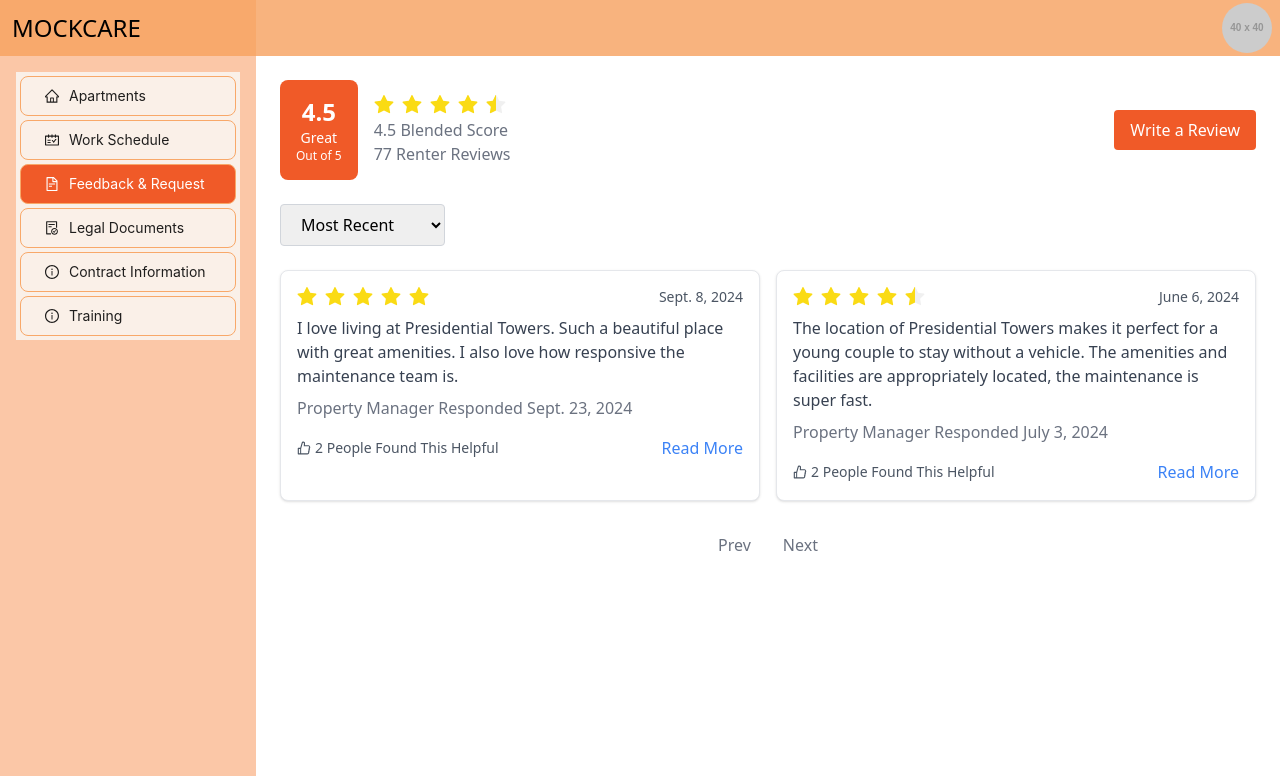
Repository: dunh-real/MockProject_102024_Nhom4
Page: / (app in frontend/)
The author's editor kept a copy of each file at every save. The page is drawn from the files as they stood at one save, then again after the next save.
The browser window is 1280 px wide. The pictures show the whole page.
The project was rebuilt for these pictures with package versions that can differ from the ones it lists, and the page was loaded fresh each time. Also part of the build but not shown: frontend/vite.config.js, frontend/vite.config.ts, frontend/src/App.css, frontend/src/component/ReviewModal.tsx.

Above is the page before, as saved 2024-10-09 12:39:13.

### frontend/src/App.tsx

import './App.css'
import ReviewList from './pages/Feedback&Request/Feedback&Request'
// import LoginForm from './pages/Login/Login'

function App() {


  return (
    <>
      {/* <LoginForm/> */}
      <ReviewList/>
    </>
  )
}

export default App

### frontend/src/pages/Feedback&Request/Feedback&Request.tsx
import React, { useState } from 'react';
import { Rate } from 'antd'; // Dùng Antd cho Rate, có thể thay thế bằng biểu tượng của Tailwind nếu cần
import { LikeOutlined } from '@ant-design/icons';
import ReviewModal from '../../component/ReviewModal';
import Sidebar from '../../component/Sidebar';

interface Review {
    date: string;
    rating: number;
    text: string;
    managerResponse: string;
    helpfulCount: number;
}

const reviews: Review[] = [
    {
        date: 'Sept. 8, 2024',
        rating: 5,
        text: 'I love living at Presidential Towers. Such a beautiful place with great amenities. I also love how responsive the maintenance team is.',
        managerResponse: 'Property Manager Responded Sept. 23, 2024',
        helpfulCount: 2,
    },
    {
        date: 'June 6, 2024',
        rating: 4.5,
        text: 'The location of Presidential Towers makes it perfect for a young couple to stay without a vehicle. The amenities and facilities are appropriately located, the maintenance is super fast.',
        managerResponse: 'Property Manager Responded July 3, 2024',
        helpfulCount: 2,
    },
];

const ReviewList: React.FC = () => {
    const [showModal, setShowModal] = useState<boolean>(false);
    const [page, setPage] = useState<number>(1);

    const handlePageChange = (page: number) => {
        setPage(page);
    };

    const handleSortChange = (value: string) => {
        console.log(`Sort by: ${value}`);
    };

    return (
        <div className=" min-h-screen  bg-gray-50">
            <div className='flex  bg-[#f8a769d9]  justify-between items-center'>
                <div className=' bg-[#f8a769d9] p-3 w-1/5'>
                    <h1 className='text-2xl'>MOCKCARE</h1>
                </div>
                <div className="flex  justify-end">
                    <img
                        src="https://via.placeholder.com/40"
                        alt="Avatar"
                        className="rounded-full w-[50px] h-[50px] mr-2"
                    />
                </div>
            </div>
            <div className="flex">
                <Sidebar/>
                <div className="w-4/5 p-6 bg-white">
                    <div className="flex justify-between items-center mb-6">
                        <div className="flex items-center">
                            <div className="bg-[#f05a28] text-white text-center p-4 rounded-lg">
                                <div className="text-2xl font-bold">4.5</div>
                                <div className="text-sm">Great</div>
                                <div className="text-xs">Out of 5</div>
                            </div>
                            <div className="ml-4">
                                <Rate allowHalf defaultValue={4.5} disabled />
                                <div className="text-gray-500">4.5 Blended Score</div>
                                <div className="text-gray-500">77 Renter Reviews</div>
                            </div>
                        </div>
                        <button
                            onClick={() => setShowModal(true)}
                            className="bg-[#f05a28] text-white px-4 py-2 rounded hover:bg-[#f25f30]"
                        >
                            Write a Review
                        </button>
                    </div>
                    <div className="mb-6 flex justify-between">
                        <select
                            onChange={(e) => handleSortChange(e.target.value)}
                            className="border border-gray-300 rounded px-4 py-2"
                        >
                            <option value="recent">Most Recent</option>
                            <option value="highest">Highest Rating</option>
                            <option value="lowest">Lowest Rating</option>
                        </select>
                    </div>
                    <div className="grid grid-cols-1 md:grid-cols-2 gap-4">
                        {reviews.slice((page - 1) * 2, page * 2).map((review, index) => (
                            <div key={index} className="p-4 border border-gray-200 rounded-lg bg-white shadow">
                                <div className="flex justify-between items-center mb-2">
                                    <Rate allowHalf defaultValue={review.rating} disabled />
                                    <span className="text-sm text-gray-600">{review.date}</span>
                                </div>
                                <p className="text-gray-700">{review.text}</p>
                                <p className="text-gray-500 mt-2">{review.managerResponse}</p>
                                <div className="flex justify-between items-center mt-4">
                                    <div className="flex items-center text-sm text-gray-600">
                                        <LikeOutlined className="mr-1" />
                                        {review.helpfulCount} People Found This Helpful
                                    </div>
                                    <button className="text-blue-500">Read More</button>
                                </div>
                            </div>
                        ))}
                    </div>
                    <div className="flex justify-center mt-6">
                        <button
                            onClick={() => handlePageChange(page - 1)}
                            className="px-4 py-2 text-gray-500"
                            disabled={page === 1}
                        >
                            Prev
                        </button>
                        <button
                            onClick={() => handlePageChange(page + 1)}
                            className="px-4 py-2 text-gray-500"
                        >
                            Next
                        </button>
                    </div>
                </div>
            </div>
            {showModal && <ReviewModal setShowModal={setShowModal} />}
        </div>
    );
};

export default ReviewList;

### frontend/src/component/Sidebar.tsx
import { Menu } from 'antd';
import { HomeOutlined, ScheduleOutlined, FileTextOutlined, FileDoneOutlined, InfoCircleOutlined } from '@ant-design/icons';

const Sidebar = () => {
  return (
    <div style={{ width: '20%', minHeight: '100vh', backgroundColor: '#fbc7a7', padding: '1rem' }}>
      <Menu
        defaultSelectedKeys={['feedback']}
        mode="inline"
        style={{ backgroundColor: '#FAF0E8', borderRight: 0 }}
      >
        <Menu.Item
          key="apartments"
          icon={<HomeOutlined />}
          style={{
            padding: '12px 24px',
            border:1, borderStyle:'solid', borderColor:'#F8A869'
          }}
        >
          Apartments
        </Menu.Item>
        <Menu.Item
          key="schedule"
          icon={<ScheduleOutlined />}
          style={{
            padding: '12px 24px',
            border:1, borderStyle:'solid', borderColor:'#F8A869'
          }}
        >
          Work Schedule
        </Menu.Item>
        <Menu.Item
          key="feedback"
          icon={<FileTextOutlined />}
          style={{
            backgroundColor: '#f05a28',
            color: 'white',
            padding: '12px 24px',
            border:1, borderStyle:'solid', borderColor:'#F8A869'
          }}
        >
          Feedback & Request
        </Menu.Item>
        <Menu.Item
          key="legal"
          icon={<FileDoneOutlined />}
          style={{
            padding: '12px 24px',
            border:1, borderStyle:'solid', borderColor:'#F8A869'
          }}
        >
          Legal Documents
        </Menu.Item>
        <Menu.Item
          key="contract"
          icon={<InfoCircleOutlined />}
          style={{
            padding: '12px 24px',
            border:1, borderStyle:'solid', borderColor:'#F8A869'
          }}
        >
          Contract Information
        </Menu.Item>
        <Menu.Item
          key="training"
          icon={<InfoCircleOutlined />}
          style={{
            padding: '12px 24px',
            border: 1, borderStyle: 'solid', borderColor: '#F8A869'
          }}
        >
          Training
        </Menu.Item>
      </Menu>
    </div>
  );
};

export default Sidebar;

Loaded but not shown: frontend/index.html (common file); frontend/src/main.jsx (common file); frontend/src/index.css (common file); frontend/tailwind.config.js (common file)

After the next save:
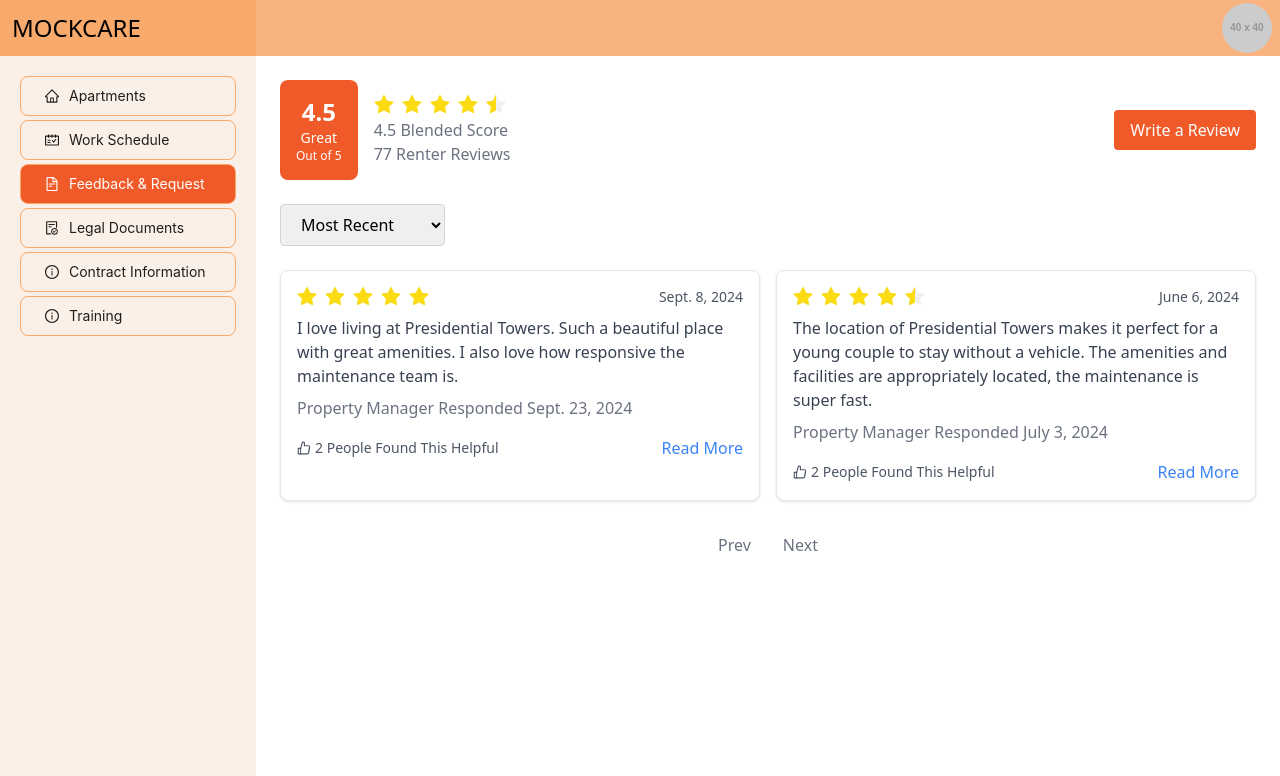
Saved 10 s later.
--- a/frontend/src/component/Sidebar.tsx
+++ b/frontend/src/component/Sidebar.tsx
@@ -3,7 +3,7 @@ import { HomeOutlined, ScheduleOutlined, FileTextOutlined, FileDoneOutlined, Inf
 
 const Sidebar = () => {
   return (
-    <div style={{ width: '20%', minHeight: '100vh', backgroundColor: '#fbc7a7', padding: '1rem' }}>
+    <div style={{ width: '20%', minHeight: '100vh', backgroundColor: '#FAF0E8', padding: '1rem' }}>
       <Menu
         defaultSelectedKeys={['feedback']}
         mode="inline"
